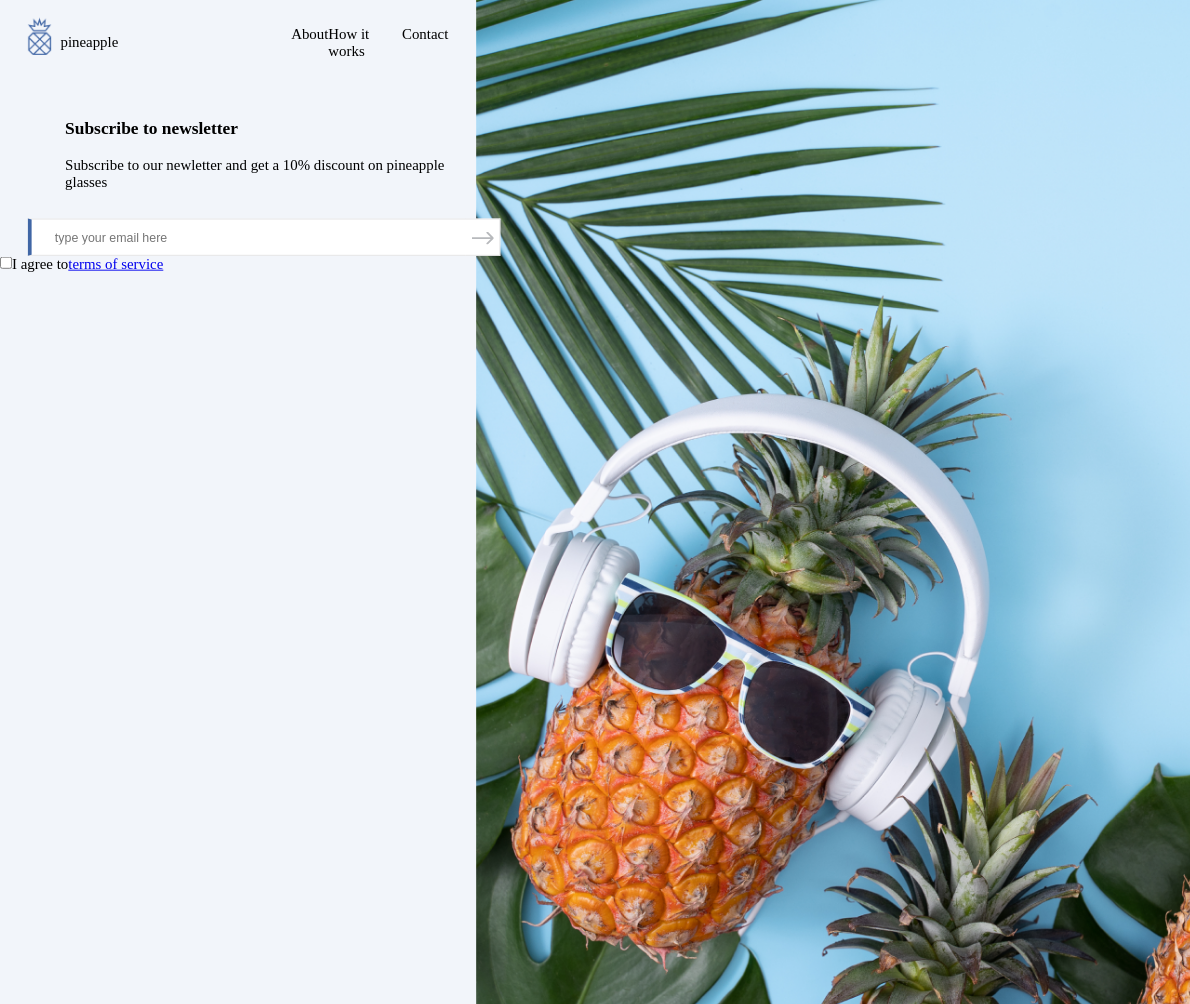
Repository: PaulsBebris/megabit-task
Page: /
An editor plug-in stored every save of this project. The page is shown before and after the next save, followed by the edit.
The browser window is 1280 px wide. The pictures show the whole page, at 93% of full size.
The project was rebuilt for these pictures with package versions that can differ from the ones it lists, and the page was loaded fresh each time.

Above is the page before, as saved 2021-04-19 14:34:19.

After the next save:
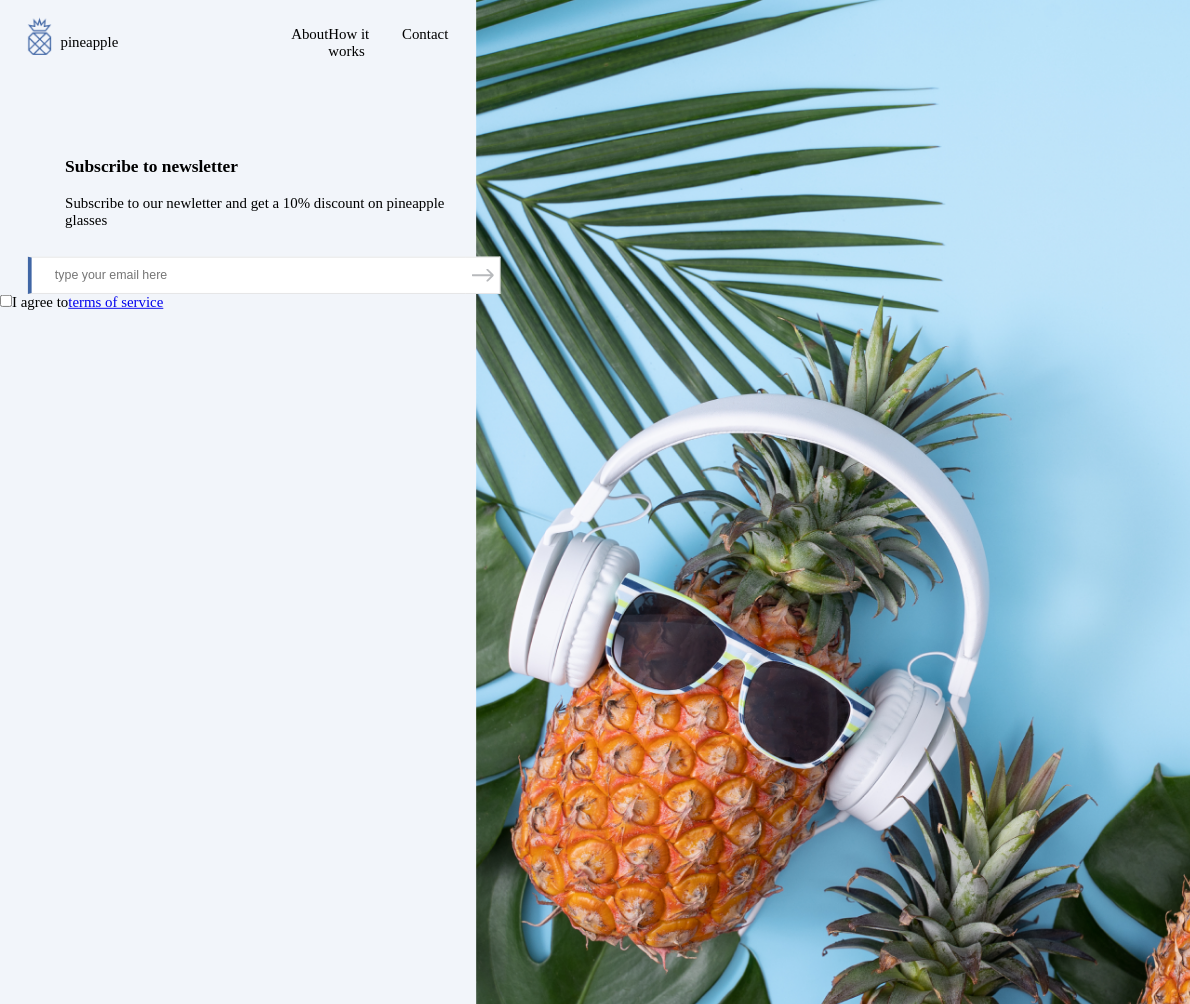
Saved 7 s later.
--- a/src/views/Home.vue
+++ b/src/views/Home.vue
@@ -80,7 +80,7 @@ export default {
 .header-wrapper {
   display: flex;
   justify-content: space-between;
-  margin: 5% 0 12% 0;
+  margin: 5% 0 20% 0;
   align-items: center;
 }
 .logo {
